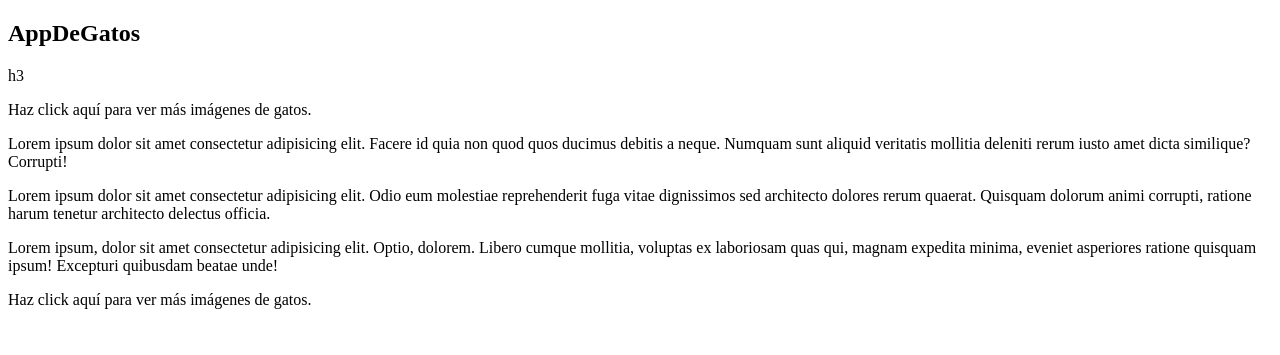
Repository: pedro-donoso/curso-html---css
Page: index.html
These files come from the project's save history. The page is drawn as it stood at one moment and after a run of saves; the edit follows.
The browser window is 1280 px wide. The pictures show the whole page.

Above is the page before, as saved 2023-11-03 10:27:10.

After the next 2 saves:
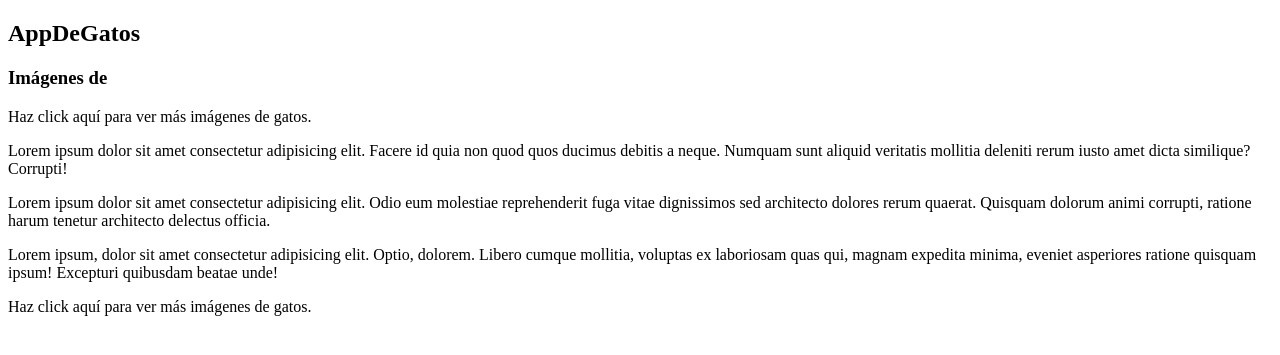
The 2 saves are shown as one change because they came seconds apart.
The last was saved 9 s later.
--- a/index.html
+++ b/index.html
@@ -8,7 +8,7 @@
 <body>
     <h2>AppDeGatos</h2>
     <main>
-      h3
+      <h3>Imágenes de </h3>
     </main>
     <!-- TODO: Agregar enlace a imágenes de gatos -->
     <p>Haz click aquí para ver más imágenes de gatos.</p>
